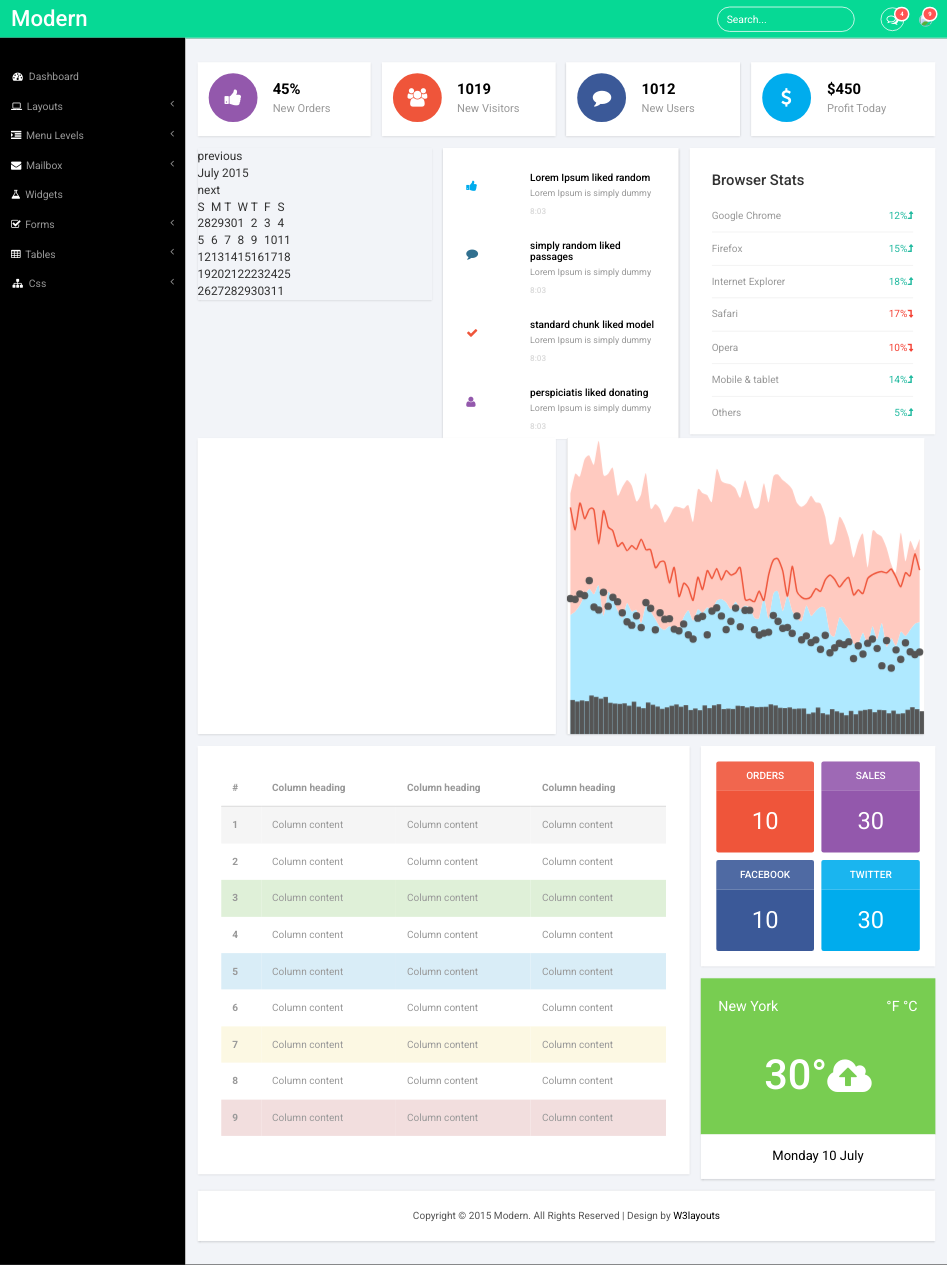
Repository: NomanMustafa/laravel-blog
Page: http://localhost/dashboard
The author's editor kept a copy of each file at every save. The page is drawn from the files as they stood at one save, then again after the next save.
The browser window is 1280 px wide. The pictures show the whole page, at 74% of full size.
The page is served by the project's Laravel application, run on PHP 8.4 with Laravel 8. A made-up administrator, Test User (test@example.com), is signed in. Other server files are loaded and not shown.

Above is the page before, as saved 2020-07-04 23:58:11.
Console error: ReferenceError: sample_data is not defined

### routes/web.php
<?php

use Illuminate\Support\Facades\Route;

/*
|--------------------------------------------------------------------------
| Web Routes
|--------------------------------------------------------------------------
|
| Here is where you can register web routes for your application. These
| routes are loaded by the RouteServiceProvider within a group which
| contains the "web" middleware group. Now create something great!
|
 */

// Route::get('/', function () {
//     return view('welcome');
// });
Route::get('/', 'PublicControler@index')->name('index');
Route::get('post/{id}', 'PublicControler@singlePost')->name('singlePost');
Route::get('/about', 'PublicControler@about')->name('about');
Route::get('/contect', 'PublicControler@contect')->name('contect');
Route::post('/contect', 'PublicControler@contectPost')->name('contectPost');

Auth::routes();
Route::get('/dashboard', 'HomeController@index')->name('dashboard');

Route::prefix('admin')->group(function(){
    Route::get('/dashboard' , 'AdminController@dashboard')->name('adminDashboard');
});

### resources/views/includes/admin/headerNavigation.blade.php
 <nav class="top1 navbar navbar-default navbar-static-top" role="navigation" style="margin-bottom: 0">
            <div class="navbar-header">
                <button type="button" class="navbar-toggle" data-toggle="collapse" data-target=".navbar-collapse">
                    <span class="sr-only">Toggle navigation</span>
                    <span class="icon-bar"></span>
                    <span class="icon-bar"></span>
                    <span class="icon-bar"></span>
                </button>
                <a class="navbar-brand" href="index.html">Modern</a>
            </div>
            <!-- /.navbar-header -->
            <ul class="nav navbar-nav navbar-right">
				<li class="dropdown">
	        		<a href="#" class="dropdown-toggle" data-toggle="dropdown" aria-expanded="false"><i class="fa fa-comments-o"></i><span class="badge">4</span></a>
	        		<ul class="dropdown-menu">
						<li class="dropdown-menu-header">
							<strong>Messages</strong>
							<div class="progress thin">
							  <div class="progress-bar progress-bar-success" role="progressbar" aria-valuenow="40" aria-valuemin="0" aria-valuemax="100" style="width: 40%">
							    <span class="sr-only">40% Complete (success)</span>
							  </div>
							</div>
						</li>
						<li class="avatar">
							<a href="#">
								<img src="images/1.png" alt=""/>
								<div>New message</div>
								<small>1 minute ago</small>
								<span class="label label-info">NEW</span>
							</a>
						</li>
						<li class="avatar">
							<a href="#">
								<img src="images/2.png" alt=""/>
								<div>New message</div>
								<small>1 minute ago</small>
								<span class="label label-info">NEW</span>
							</a>
						</li>
						<li class="avatar">
							<a href="#">
								<img src="images/3.png" alt=""/>
								<div>New message</div>
								<small>1 minute ago</small>
							</a>
						</li>
						<li class="avatar">
							<a href="#">
								<img src="images/4.png" alt=""/>
								<div>New message</div>
								<small>1 minute ago</small>
							</a>
						</li>
						<li class="avatar">
							<a href="#">
								<img src="images/5.png" alt=""/>
								<div>New message</div>
								<small>1 minute ago</small>
							</a>
						</li>
						<li class="avatar">
							<a href="#">
								<img src="images/pic1.png" alt=""/>
								<div>New message</div>
								<small>1 minute ago</small>
							</a>
						</li>
						<li class="dropdown-menu-footer text-center">
							<a href="#">View all messages</a>
						</li>
	        		</ul>
	      		</li>
			    <li class="dropdown">
	        		<a href="#" class="dropdown-toggle avatar" data-toggle="dropdown"><img src="images/1.png"><span class="badge">9</span></a>
	        		<ul class="dropdown-menu">
						<li class="dropdown-menu-header text-center">
							<strong>Account</strong>
						</li>
						<li class="m_2"><a href="#"><i class="fa fa-bell-o"></i> Updates <span class="label label-info">42</span></a></li>
						<li class="m_2"><a href="#"><i class="fa fa-envelope-o"></i> Messages <span class="label label-success">42</span></a></li>
						<li class="m_2"><a href="#"><i class="fa fa-tasks"></i> Tasks <span class="label label-danger">42</span></a></li>
						<li><a href="#"><i class="fa fa-comments"></i> Comments <span class="label label-warning">42</span></a></li>
						<li class="dropdown-menu-header text-center">
							<strong>Settings</strong>
						</li>
						<li class="m_2"><a href="#"><i class="fa fa-user"></i> Profile</a></li>
						<li class="m_2"><a href="#"><i class="fa fa-wrench"></i> Settings</a></li>
						<li class="m_2"><a href="#"><i class="fa fa-usd"></i> Payments <span class="label label-default">42</span></a></li>
						<li class="m_2"><a href="#"><i class="fa fa-file"></i> Projects <span class="label label-primary">42</span></a></li>
						<li class="divider"></li>
						<li class="m_2"><a href="#"><i class="fa fa-shield"></i> Lock Profile</a></li>
						<li class="m_2"><a href="#"><i class="fa fa-lock"></i> Logout</a></li>
	        		</ul>
	      		</li>
			</ul>
			<form class="navbar-form navbar-right">
              <input type="text" class="form-control" value="Search..." onfocus="this.value = '';" onblur="if (this.value == '') {this.value = 'Search...';}">
            </form>

### resources/views/includes/admin/sideBar.blade.php
<div class="navbar-default sidebar" role="navigation">
                <div class="sidebar-nav navbar-collapse">
                    <ul class="nav" id="side-menu">
                        <li>
                            <a href="index.html"><i class="fa fa-dashboard fa-fw nav_icon"></i>Dashboard</a>
                        </li>
                        <li>
                            <a href="#"><i class="fa fa-laptop nav_icon"></i>Layouts<span class="fa arrow"></span></a>
                            <ul class="nav nav-second-level">
                                <li>
                                    <a href="grids.html">Grid System</a>
                                </li>
                            </ul>
                            <!-- /.nav-second-level -->
                        </li>
                        <li>
                            <a href="#"><i class="fa fa-indent nav_icon"></i>Menu Levels<span class="fa arrow"></span></a>
                            <ul class="nav nav-second-level">
                                <li>
                                    <a href="graphs.html">Graphs</a>
                                </li>
                                <li>
                                    <a href="typography.html">Typography</a>
                                </li>
                            </ul>
                            <!-- /.nav-second-level -->
                        </li>
                        <li>
                            <a href="#"><i class="fa fa-envelope nav_icon"></i>Mailbox<span class="fa arrow"></span></a>
                            <ul class="nav nav-second-level">
                                <li>
                                    <a href="inbox.html">Inbox</a>
                                </li>
                                <li>
                                    <a href="compose.html">Compose email</a>
                                </li>
                            </ul>
                            <!-- /.nav-second-level -->
                        </li>
                        <li>
                            <a href="widgets.html"><i class="fa fa-flask nav_icon"></i>Widgets</a>
                        </li>
                         <li>
                            <a href="#"><i class="fa fa-check-square-o nav_icon"></i>Forms<span class="fa arrow"></span></a>
                            <ul class="nav nav-second-level">
                                <li>
                                    <a href="forms.html">Basic Forms</a>
                                </li>
                                <li>
                                    <a href="validation.html">Validation</a>
                                </li>
                            </ul>
                            <!-- /.nav-second-level -->
                        </li>
                        <li>
                            <a href="#"><i class="fa fa-table nav_icon"></i>Tables<span class="fa arrow"></span></a>
                            <ul class="nav nav-second-level">
                                <li>
                                    <a href="basic_tables.html">Basic Tables</a>
                                </li>
                            </ul>
                            <!-- /.nav-second-level -->
                        </li>
                        <li>
                            <a href="#"><i class="fa fa-sitemap fa-fw nav_icon"></i>Css<span class="fa arrow"></span></a>
                            <ul class="nav nav-second-level">
                                <li>
                                    <a href="media.html">Media</a>
                                </li>
                                <li>
                                    <a href="login.html">Login</a>
                                </li>
                            </ul>
                            <!-- /.nav-second-level -->
                        </li>
                    </ul>
                </div>
                <!-- /.sidebar-collapse -->
            </div>
            <!-- /.navbar-static-side -->
        </nav>

### public/admin/assets/css/lines.css

.rickshaw_graph .detail {
	pointer-events: none;
	position: absolute;
	top: 0;
	z-index: 2;
	background: rgba(0, 0, 0, 0.1);
	bottom: 0;
	width: 1px;
	transition: opacity 0.25s linear;
	-moz-transition: opacity 0.25s linear;
	-o-transition: opacity 0.25s linear;
	-webkit-transition: opacity 0.25s linear;
}
.rickshaw_graph .detail.inactive {
	opacity: 0;
}
.rickshaw_graph .detail .item.active {
	opacity: 1;
}
.rickshaw_graph .detail .x_label {
	font-family: Arial, sans-serif;
	border-radius: 3px;
	padding: 6px;
	opacity: 0.5;
	border: 1px solid #e0e0e0;
	font-size: 12px;
	position: absolute;
	background: white;
	white-space: nowrap;
}
.rickshaw_graph .detail .x_label.left {
	left: 0;
}
.rickshaw_graph .detail .x_label.right {
	right: 0;
}
.rickshaw_graph .detail .item {
	position: absolute;
	z-index: 2;
	border-radius: 3px;

	font-size: 12px;
	font-family: Arial, sans-serif;
	opacity: 0;
	background: rgba(0, 0, 0, 0.4);
	color: white;
	border: 1px solid rgba(0, 0, 0, 0.4);
	margin-left: 1em;
	margin-right: 1em;
	margin-top: -1em;
	white-space: nowrap;
}
.rickshaw_graph .detail .item.left {
	left: 0;
}
.rickshaw_graph .detail .item.right {
	right: 0;
}
.rickshaw_graph .detail .item.active {
	opacity: 1;
	background: rgba(0, 0, 0, 0.8);
}
.rickshaw_graph .detail .item:after {
	position: absolute;
	display: block;
	width: 0;
	height: 0;

	content: "";

	border: 5px solid transparent;
}
.rickshaw_graph .detail .item.left:after {
	top: 1em;
	left: -5px;
	margin-top: -5px;
	border-right-color: rgba(0, 0, 0, 0.8);
	border-left-width: 0;
}
.rickshaw_graph .detail .item.right:after {
	top: 1em;
	right: -5px;
	margin-top: -5px;
	border-left-color: rgba(0, 0, 0, 0.8);
	border-right-width: 0;
}
.rickshaw_graph .detail .dot {
	width: 4px;
	height: 4px;
	margin-left: -3px;
	margin-top: -3.5px;
	border-radius: 5px;
	position: absolute;
	box-shadow: 0 0 2px rgba(0, 0, 0, 0.6);
	box-sizing: content-box;
	-moz-box-sizing: content-box;
	background: white;
	border-width: 2px;
	border-style: solid;
	display: none;
	background-clip: padding-box;
}
.rickshaw_graph .detail .dot.active {
	display: block;
}
/* graph */
#chart {
  width: 649px !important;
  height: 400px !important;
  background-color: #fff;
}
.rickshaw_graph {
	position: relative;
}
.rickshaw_graph svg {
  display: block;
  overflow: hidden;
}
@media (max-width:1366px){
#chart {
  width:533px !important;
}
}
@media (max-width:1280px){
#chart {
  width:483px !important;
}
canvas#doughnut, canvas#line, canvas#polarArea, #bar, #pie, #radar {
  width: 308px !important;
  height: 220px !important;
}
}
@media (max-width:1024px){
#chart {
  width:360px !important;
  height:300px !important;
}
}
@media (max-width:768px){
#chart {
  width:468px !important;
  height: 300px !important;
}
}
@media (max-width:736px){
#chart {
  width:685px !important;
  height: 300px !important;
}
}
@media (max-width:640px){
#chart {
  width:580px !important;
  height:250px !important;
}
}
@media (max-width:540px){
#chart {
  width:464px !important;
  height:250px !important;
}
}
@media (max-width:480px){
#chart {
  width:447px !important;
  height:250px !important;
}
}
@media (max-width:320px){
#chart {
  width:298px !important;
  height:250px !important;
}
.copy {
  padding: 10px;
}
.copy p{
  font-size:13px;
}
.btn-group-lg>.btn, .btn-lg {
  padding: 6px 7px;
  font-size: 16px;
}
.label {
  font-size: 56%;
}
.pagination-lg>li>a, .pagination-lg>li>span {
  padding: 8px 13px;
  font-size: 15px;
}
.nav>li>a {
  padding: 7px 8px;
}
.modal-dialog {
  width: 245px !important;
}
}

### public/admin/assets/css/custom.css
#wrapper {
    width: 100%;
}
#page-wrapper {
    /*--padding: 0 15px;--*/
    min-height: 568px;
    background-color: #fff;
}

@media(min-width:768px) {
    #page-wrapper {
        position: inherit;
        margin: 0 0 0 250px;
        /*--padding: 0 30px;--*/
        border-left: 1px solid #e7e7e7;
    }
}

.navbar-top-links {
    margin-right: 0;
}

.navbar-top-links li {
    display: inline-block;
}

.navbar-top-links li:last-child {
    margin-right: 15px;
}

.navbar-top-links li a {
    padding: 15px;
    min-height: 50px;
}

.navbar-top-links .dropdown-menu li {
    display: block;
}

.navbar-top-links .dropdown-menu li:last-child {
    margin-right: 0;
}

.navbar-top-links .dropdown-menu li a {
    padding: 3px 20px;
    min-height: 0;
}

.navbar-top-links .dropdown-menu li a div {
    white-space: normal;
}

.navbar-top-links .dropdown-messages,
.navbar-top-links .dropdown-tasks,
.navbar-top-links .dropdown-alerts {
    width: 310px;
    min-width: 0;
}
.navbar-top-links .dropdown-messages {
    margin-left: 5px;
}
.navbar-top-links .dropdown-tasks {
    margin-left: -59px;
}

.navbar-top-links .dropdown-alerts {
    margin-left: -123px;
}

.navbar-top-links .dropdown-user {
    right: 0;
    left: auto;
}

.sidebar .sidebar-nav.navbar-collapse {
    padding-right: 0;
    padding-left: 0;
}

.sidebar .sidebar-search {
    padding: 15px;
}
.sidebar .arrow {
    float: right;
}

.sidebar .fa.arrow:before {
    content: "\f104";
}

.sidebar .active>a>.fa.arrow:before {
    content: "\f107";
}

.sidebar .nav-second-level li,
.sidebar .nav-third-level li {
    border-bottom: 0!important;
}

.sidebar .nav-second-level li a {
    padding-left: 37px;
}

.sidebar .nav-third-level li a {
    padding-left: 52px;
}

@media(min-width:768px) {
    .sidebar {
        z-index: 1;
        position: absolute;
        width: 250px;
        margin-top: 51px;
    }

    .navbar-top-links .dropdown-messages,
    .navbar-top-links .dropdown-tasks,
    .navbar-top-links .dropdown-alerts {
        margin-left: auto;
    }
}

Loaded but not shown: app/Providers/AppServiceProvider.php (common file); app/Http/Controllers/Auth/LoginController.php (common file); app/Http/Controllers/Controller.php (common file); app/Http/Controllers/Auth/ConfirmPasswordController.php (common file); app/User.php (common file); app/Http/Controllers/HomeController.php (common file); public/admin/assets/css/bootstrap.min.css (library); public/admin/assets/css/font-awesome.css (library); public/admin/assets/js/jquery.min.js (library); public/admin/assets/js/metisMenu.min.js (common file); public/admin/assets/js/d3.v3.js (library); public/admin/assets/js/rickshaw.js (3908 lines, source omitted); public/admin/assets/js/custom.js (36 lines, source omitted); public/admin/assets/css/style.css (2713 lines, source omitted); resources/views/dashboard.blade.php (155 lines, source omitted); resources/views/layouts/admin.blade.php (253 lines, source omitted)

After the next save:
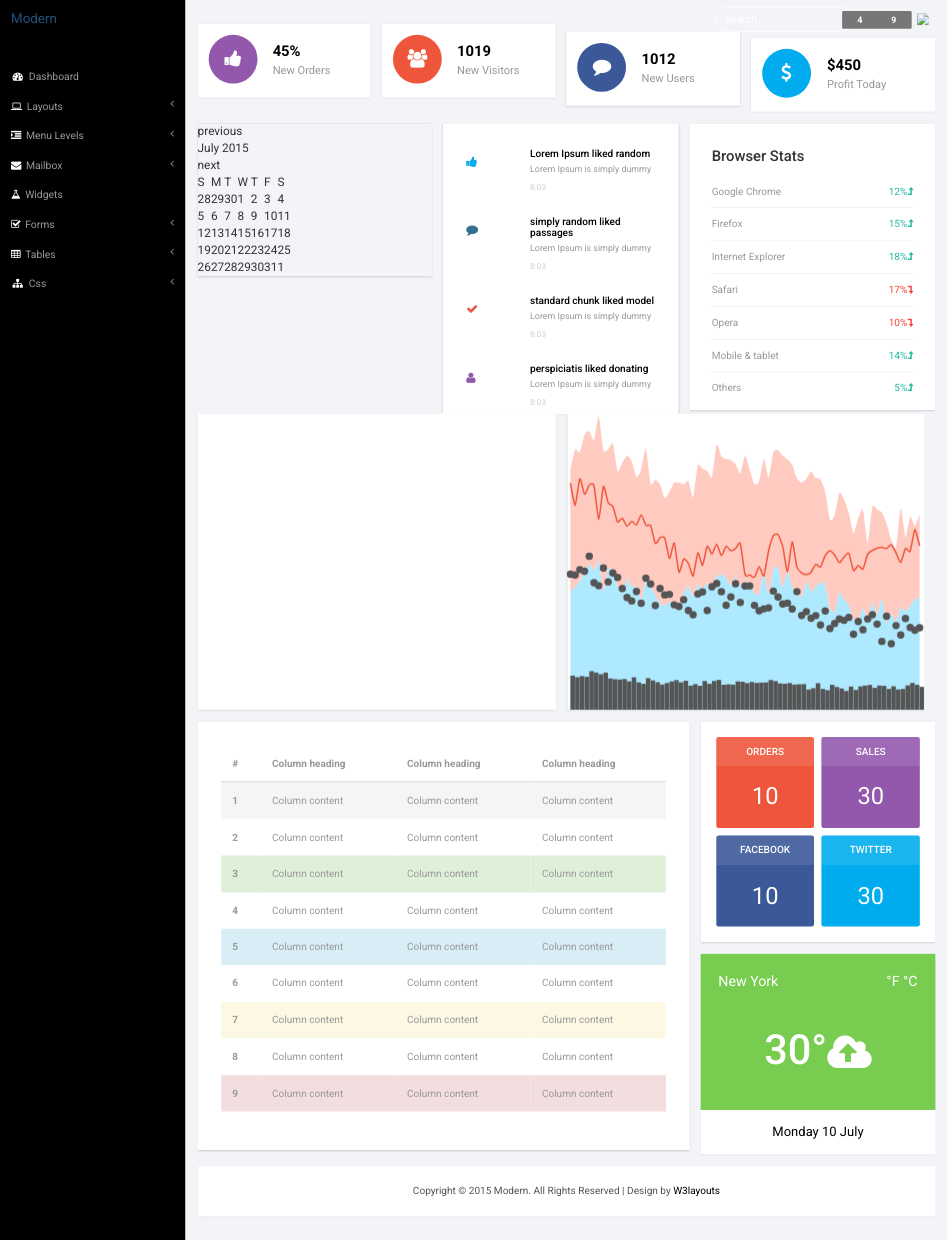
Saved 2 min 33 s later.
--- a/resources/views/includes/admin/headerNavigation.blade.php
+++ b/resources/views/includes/admin/headerNavigation.blade.php
@@ -1,4 +1,4 @@
- <nav class="top1 navbar navbar-default navbar-static-top" role="navigation" style="margin-bottom: 0">
+
             <div class="navbar-header">
                 <button type="button" class="navbar-toggle" data-toggle="collapse" data-target=".navbar-collapse">
                     <span class="sr-only">Toggle navigation</span>
